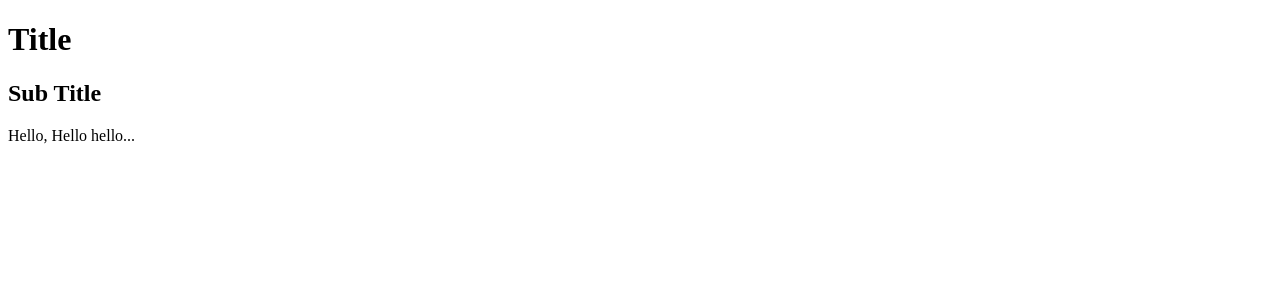
Repository: kojimayu/dotinstall-JavaScript-DOM
Page: index.html
The author's editor kept a copy of each file at every save. The page is drawn from the files as they stood at one save, then again after the next save.
The browser window is 1280 px wide. The pictures show the whole page.

Above is the page before, as saved 2019-04-13 16:20:22.

After the next save:
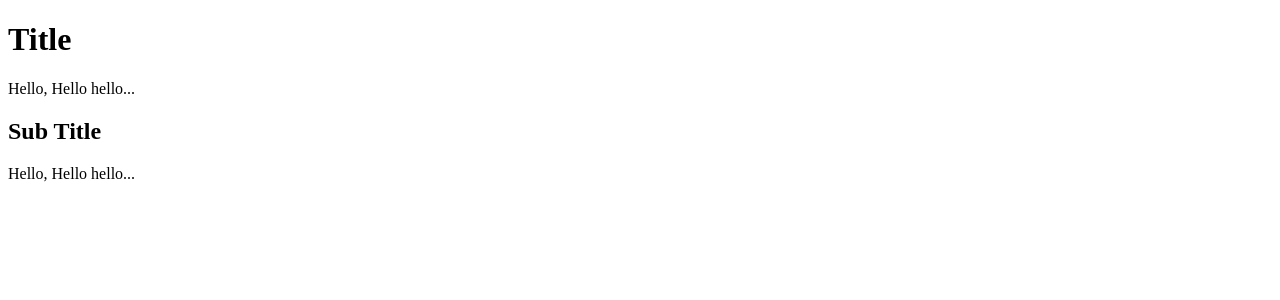
Saved 2 min 49 s later.
--- a/js/main.js
+++ b/js/main.js
@@ -13,4 +13,6 @@
   h2.textContent ='Sub Title';
   document.body.insertBefore(h2, p);
 
+  const copy = p.cloneNode(true);
+  document.body.insertBefore(copy, h2);
 }

After the save that followed:
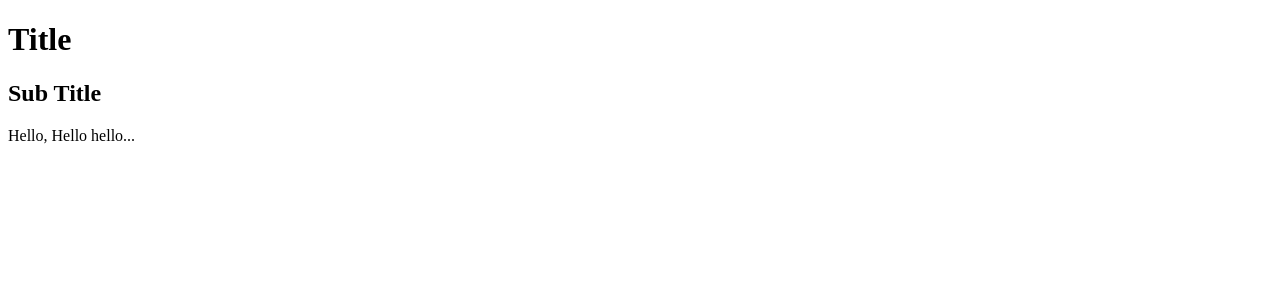
Saved 16 s later.
--- a/js/main.js
+++ b/js/main.js
@@ -13,6 +13,6 @@
   h2.textContent ='Sub Title';
   document.body.insertBefore(h2, p);
 
-  const copy = p.cloneNode(true);
+  const copy = p.cloneNode(false);
   document.body.insertBefore(copy, h2);
 }
